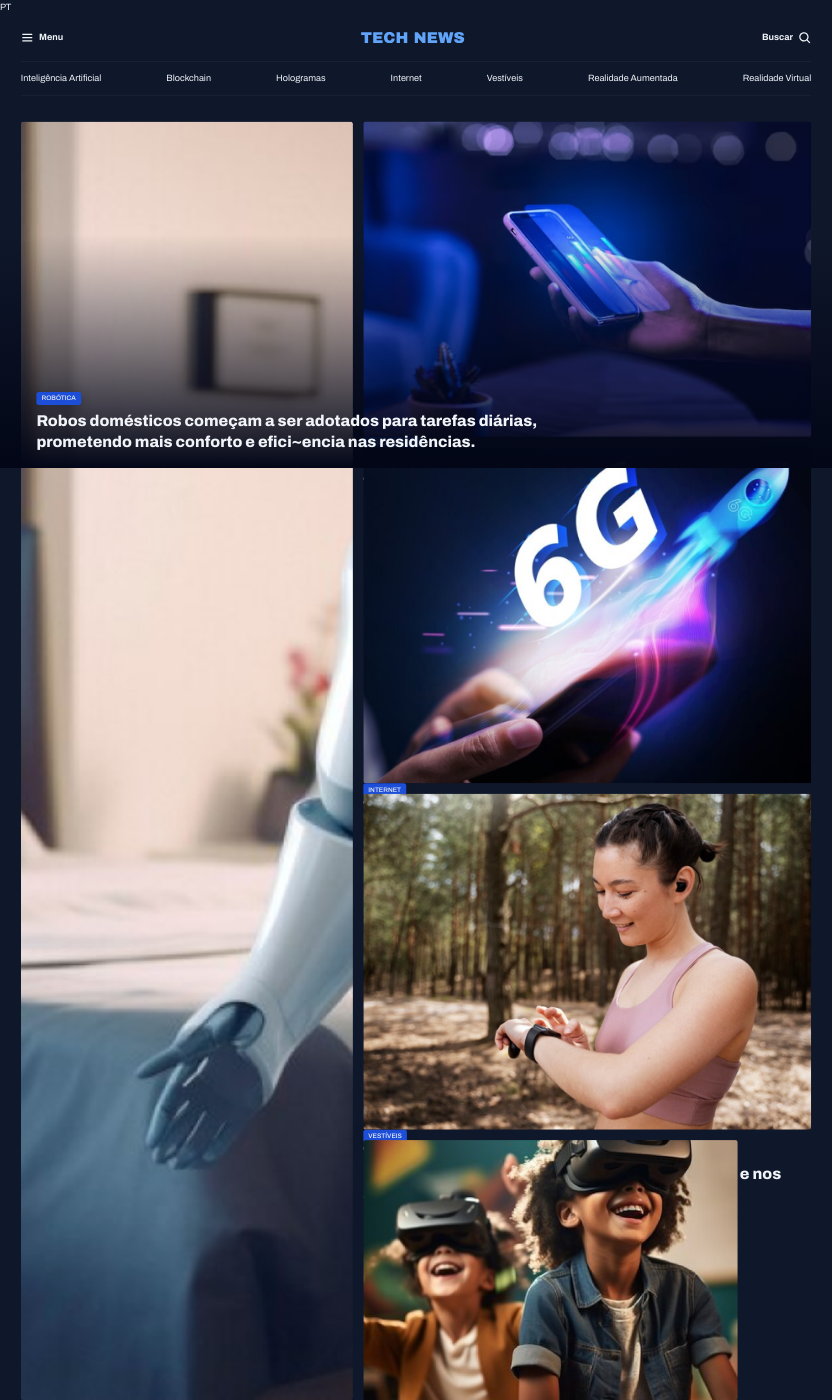
Repository: JeffRodFer/portalDeNoticias
Page: index.html
These files come from the project's save history. The page is drawn as it stood at one moment and after the next save; the edit follows.
The browser window is 1280 px wide. The pictures show the whole page, at 65% of full size.

Above is the page before, as saved 2025-04-15 21:58:58.

### index.html
PT<!DOCTYPE html>
<html lang="pt-BR">
  <head>
    <link rel="preconnect" href="https://fonts.googleapis.com">
  <link rel="preconnect" href="https://fonts.gstatic.com" crossorigin>
  <meta charset="UTF-8">
  <meta name="viewport" content="width=device-width, initial-scale=1.0">
  <title>Portal de Notícias</title>
  <link rel="stylesheet" href="styles/index.css">

  <link href="https://fonts.googleapis.com/css2?family=Archivo:ital,wght@0,100..900;1,100..900&family=Bree+Serif&family=Poppins:wght@400;700&display=swap" rel="stylesheet">

</head>
<body>
  <header class="container">
    <nav id="primary" class="grid grid-flow-col">
      <div>
        <img src="assets/icons/List.svg" alt="ícone de menu">
        <strong>Menu</strong>
      </div>
        <div>
          <img src="assets/Logo (1).svg" alt="TechNews logo">
        </div>
        <div>
          <strong>Buscar</strong>
          <img src="assets/icons/MagnifyingGlass.svg" alt="ícone de lupa para pesquisa">
        </div>
    </nav>
    <nav id="secondary" class="grid grid-flow-col">
      <a href="#">Inteligência Artificial</a>
      <a href="#">Blockchain</a>
      <a href="#">Hologramas</a>
      <a href="#">Internet</a>
      <a href="#">Vestíveis</a>
      <a href="#">Realidade Aumentada</a>
      <a href="#">Realidade Virtual</a>
    </nav>
  </header>
  <main class="grid container">
    <section id="featured" class="grid grid-flow-col gap-16">
      <figure class="card">
        <img src="assets/images/Image 01.png" alt="">

        <figcaption>
          <span class="content-tag">robótica</span>
          <h2 class="text-2xl">
            Robos domésticos começam a ser adotados para tarefas diárias, <br> prometendo mais conforto e efici~encia nas residências.
          </h2>
        </figcaption>
      </figure>
      <div class="grid grid cols-2 gap-16">
        <figure>
          <img src="assets/images/Image 02.png" alt="Novo Smartphone Projetor 3D chega ao mercado, transformando a forma como vemos as nossas telas!">

          <figcaption>
            <span class="content-tag">Hologramas</span>
            <h2 class="text-2xl">
              Novo Smartphone Projetor 3D chega ao mercado, transformando a forma como vemos as nossas telas!
            </h2>
          </figcaption>
        </figure>
        <figure>
          <img src="assets/images/Image 03.png" alt="">

          <figcaption>
            <span class="content-tag">Internet</span>
            <h2 class="text-2xl">
            Tecnologia 3D chega as metropoles brasileiras, prometendo revolucionar a forma como vivemos e nos comunicamos.
            </h2>
          </figcaption>
      </figure>
        <figure>
          <img src="assets/images/Image 04.png" alt="">

          <figcaption>
            <span class="content-tag">Vestíveis</span>
            <h2 class="text-2xl">
            Tecnologia 3D chega as metropoles brasileiras, prometendo revolucionar a forma como vivemos e nos comunicamos.
            </h2>
          </figcaption>
        </figure>
        <figure>
          <img src="assets/images/Image 05.png" alt="">
        </figure>
      </div>
    </section>
  </main>
</body>
</html>

### styles/global.css
* {
  margin: 0;
  padding: 0;
  box-sizing: border-box;
}

:root {
  --brand-color-light: #60a5fa ;
  --brand-color-dark: #1d4ed8;
  --bg-color: #0f172a;
  --stroke-color: #1e293b;
  --text-color-primary: #f1f5f9;
  --text-color-secondary: #cbd5e1;

  --font-family: 'Archivo', sans-serif;
  --h1: 800 24px/135% var(--font-family);
  --h2: 800 16px/140% var(--font-family);
  --h3: 800 14px/140% var(--font-family);
  --text-span: 400 16px/140% var(--font-family);
  --text: 400 14px/160% var(--font-family);

}

body {
  font: var(--text);
  color: var(--text-color-primary);
  background-color: var(--bg-color);
}

a {
  text-decoration: none;
  color: inherit;
}

a:hover {
  color: var(--brand-color-light);
}

h1,h2,h3 {
  font:inherit;
}

img {
  max-width: 100%;
}

.container {
  max-width: 1280px;
  padding-inline: 32px;
  margin-inline: auto;
}
main {
  margin-top: 40px ;
}
.content-tag {
  display: inline-block;
  background-color: var(--brand-color-dark);
  padding: 4px 8px;
  border-radius: 4px;
  font: 500 10px/1.2 var(--font-family);
  text-transform: uppercase;
  color: var(--text-color-primary);
  box-shadow: 0px 4px 16px rgba(2, 3, 23, 0.251);
}

### styles/utility.css
/* utility-first */
.grid {
  display: grid;
}
.grid-flow-col {
  grid-auto-flow: column;
}

.grid-cols-2 {
  grid-template-columns: 1fr 1fr;
}

.gap-16 {
  gap: 16px;
}

.text-2xl {
  font: var(--h1);
}
.text-2x {
  font: var(--h2);
}
.text-lg {
  font: var(--h3);
}
.text-sm {
  font: var(--text-sm);
}

### styles/header.css
#primary {
  padding-block: 20px;

  div {
    display: flex;
    align-items: center;
    gap: 8px;
  }

  /* nesting css */
  div:nth-child(2) {
    margin-inline: auto;
}
div:nth-child(3) {
  justify-self: end;
}
}
#secondary {
  padding-block: 14px;
  border: solid 1px var(--stroke-color);
  border-inline: none;
  justify-content: space-between;
}

### styles/sections.css
#featured {
  img {
    height: 100%;
    object-fit: cover;
    border-radius: 4px;
  }
.card {
  border-radius: 4px;
  overflow: hidden;
  object-fit: relative;

  &::before {
   content: "";
   position: absolute;
   inset: 0;
   top: 50%;
   background: linear-gradient(
    180deg,
    transparent 0%,
    #020617 100%
   );
  }
  figcaption {
    position: absolute;
    bottom: 0;

    padding: 24px;

    h2 {
      margin-top: 8px;
    }
  }
}
}

Loaded but not shown: styles/index.css (common file)

After the next save:
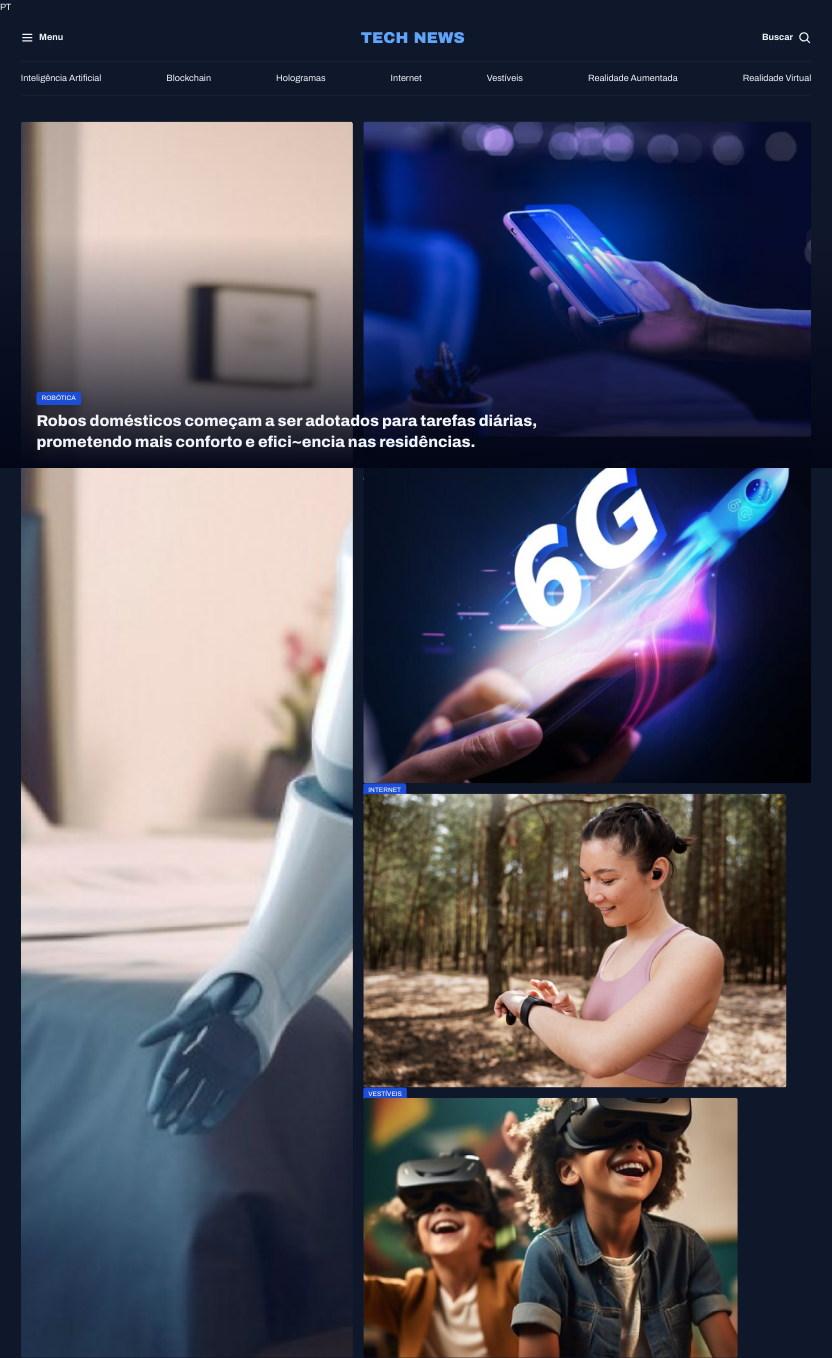
Saved 18 s later.
--- a/index.html
+++ b/index.html
@@ -75,7 +75,7 @@ PT<!DOCTYPE html>
           <figcaption>
             <span class="content-tag">Vestíveis</span>
             <h2 class="text-2xl">
-            Tecnologia 3D chega as metropoles brasileiras, prometendo revolucionar a forma como vivemos e nos comunicamos.
+            .
             </h2>
           </figcaption>
         </figure>
